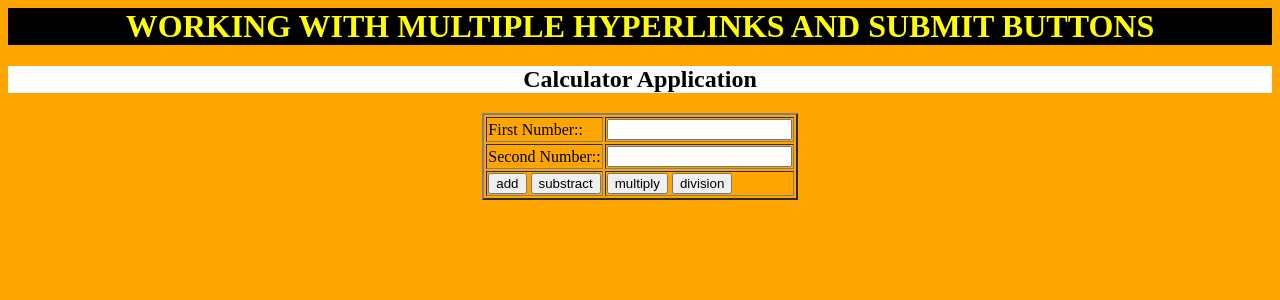
Repository: shivaramkrishna53/SERVLET_PROJECTS
Page: proj11-workingwithmultiplehyperlinksandsubmitbuttons/WebContent/input.html
These files come from the project's save history. The page is drawn as it stood at one moment and after the next save; the edit follows.
The browser window is 1280 px wide. The pictures show the whole page.

Above is the page before, as saved 2021-01-12 08:24:51.

### proj11-workingwithmultiplehyperlinksandsubmitbuttons/WebContent/input.html
<html>
<head>
<title>calculator</title>
</head>
<body bgcolor="orange">
<center>
<h1 style="text-align: center;background: black;color:YELLOW">WORKING WITH MULTIPLE HYPERLINKS AND SUBMIT BUTTONS</h1>
<h2 style="text-align:center;background: white" colr:red">Calculator Application</h2>
<table border="2" >
<tr>
<td>First Number::</td>
<td>
<input type="text" name="first"/>
</td>
</tr>
<tr>
<td>Second Number::
</td>
<td>
<input type="text" name="second"/>
</td>
</tr>
<tr>
<td>
<input type="button" name="cal" value="add"/>
<input type="button" name="cal" value="substract"/>
</td>
<td>
<input type="button" name="cal" value="multiply"/>
<input type="button" name="cal" value="division"/>
</td>
</tr>
</table>
</center>
</body>
</html>

After the next save:
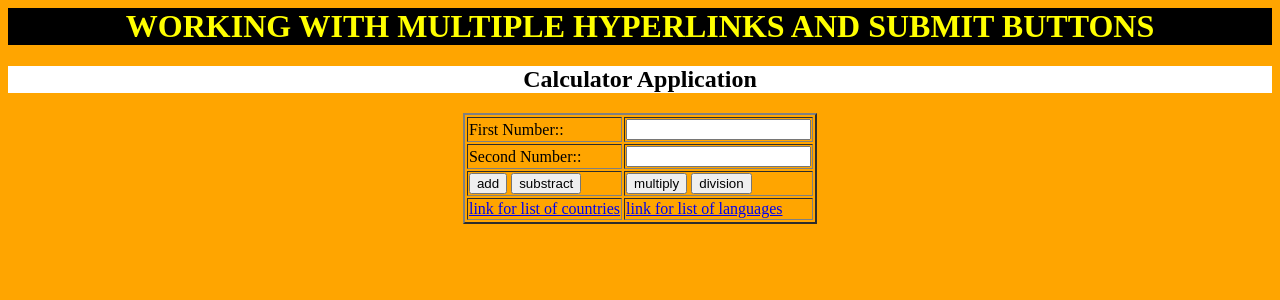
Saved 15 min 26 s later.
--- a/proj11-workingwithmultiplehyperlinksandsubmitbuttons/WebContent/input.html
+++ b/proj11-workingwithmultiplehyperlinksandsubmitbuttons/WebContent/input.html
@@ -30,6 +30,14 @@
 <input type="button" name="cal" value="division"/>
 </td>
 </tr>
+<tr>
+<td>
+<a href="calculatorurl?cal=countries">link for list of countries</a>
+</td>
+<td>
+<a href="calculatorurl?cal=languages">link for list of languages</a>
+</td>
+</tr>
 </table>
 </center>
 </body>
